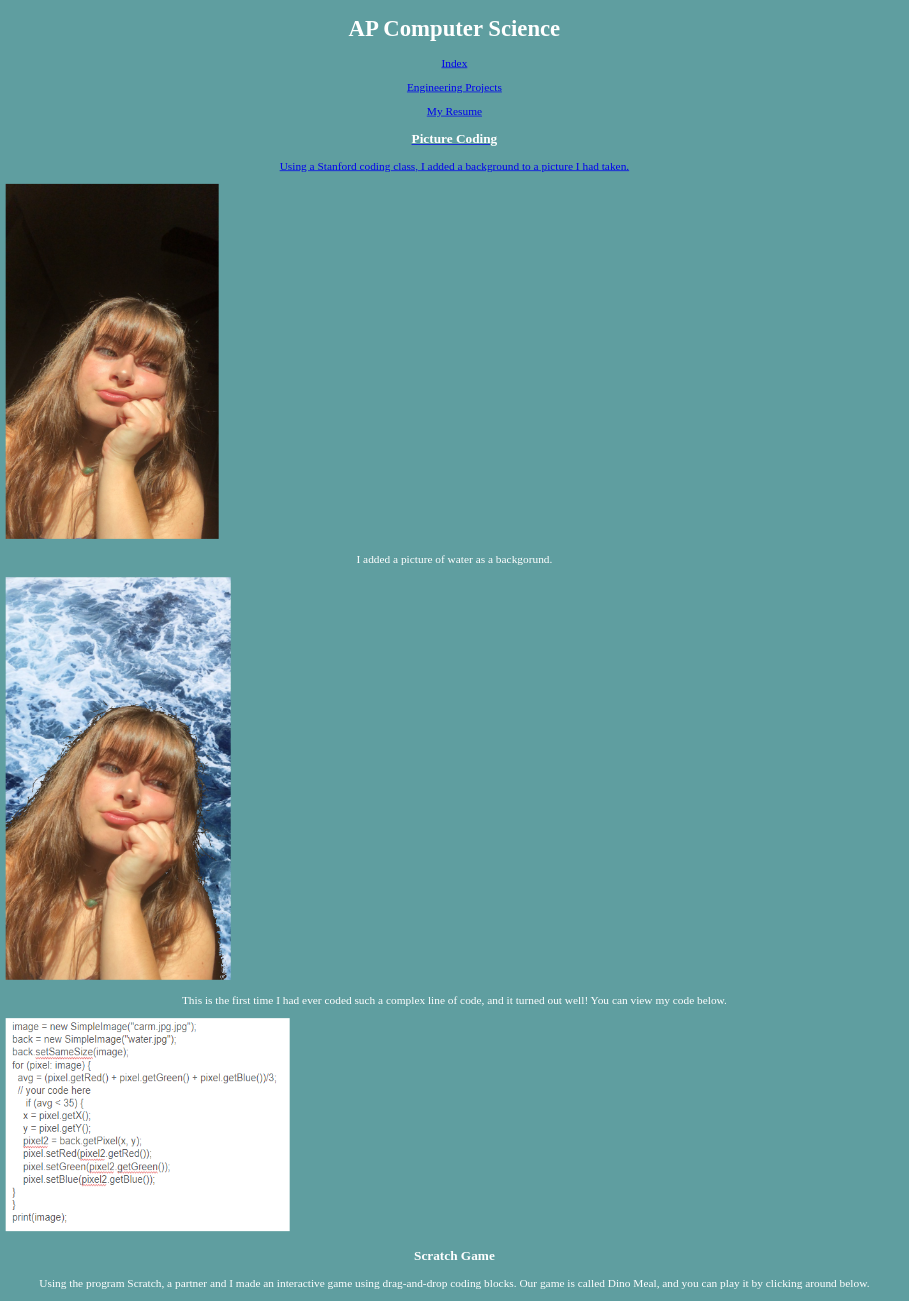
Repository: cdzendzel/cdzendzel.github.io
Page: apcs.html
The author's editor kept a record of every edit. The page is drawn from the files as they stood at one moment, then again after the next edit.
The browser window is 1280 px wide. The pictures show the part of the page from y = 0 to 1832 px (the page is 2910 px tall), at 71% of full size.
Pictures or frames that could not be fetched are drawn as grey boxes.

Above is the page before.

### apcs.html


<!DOCTYPE html>
<html>
     <body style="background-color:cadetblue;">
<head>
<title>Carmela's Webpage</title>
</head>
<body>


<h1 style="text-align:center; color:white;">AP Computer Science</h1>
<p style="text-align:center; color:white;"><a href="index.html" target = "_blank">Index</a></p>
<p style="text-align:center; color:white;"><a href="engineering.html" target = "_blank">Engineering Projects</p>
<p style="text-align:center; color:white;"><a href="resume.html" target = "_blank">My Resume</p>

</body>
<h3 style="text-align:center; color:white;">Picture Coding</h3>

</html>
</body>
</html>

<p style="text-align:center; color:white;">Using a Stanford coding class, I added a background to a picture I had taken.  </a></p>
<center></center><img src="images/carm.jpg.JPG" alt="Picture of me before coding" width="300" height="500">
</center>
<p style="text-align:center; color:white;">I added a picture of water as a backgorund.  <a></p>
<center></center><img src="images/carm.water.code.PNG" alt="Picture of me after coding with water as the background"">
</center>
<p style="text-align:center; color:white;">This is the first time I had ever coded such a complex line of code, and it turned out well! You can view my code below.</a></p>
<img src="images/pic.code.PNG" alt="Carmela's Picture Code" width="400" height="300">

<h3 style="text-align:center; color:white;">Scratch Game</h3>
<p style="text-align:center; color:white;">Using the program Scratch, a partner and I made an interactive game using drag-and-drop coding blocks. Our game is called Dino Meal, and you can play it by clicking around below.  </a></p>
<iframe src="https://docs.google.com/presentation/d/e/2PACX-1vQlzyCuhyRdYywk_B_c0P-xEZjcl4PeS42tZtRi-OlesZ-Pv65c4r4OaglgzEBHuYl5XDBwqpA1L_Ub/embed?start=false&loop=false&delayms=3000" frameborder="0" width="960" height="569" allowfullscreen="true" mozallowfullscreen="true" webkitallowfullscreen="true" width="500"  height="400"></iframe>

<h3 style="text-align:center; color:white;">Interactive Fiction Story</h3>
<p style="text-align:center; color:white;">With another pair, I created an interactive fiction story based off the story of the Wizard of Oz.  You can view our code and play our game below.  </a></p>
<iframe height="400px" width="100%" src="https://repl.it/@gabib44/Interactive-Story?lite=true" scrolling="no" frameborder="no" allowtransparency="true" allowfullscreen="true" sandbox="allow-forms allow-pointer-lock allow-popups allow-same-origin allow-scripts allow-modals" width="500" height="750"></iframe>
</body>

After the next edit:
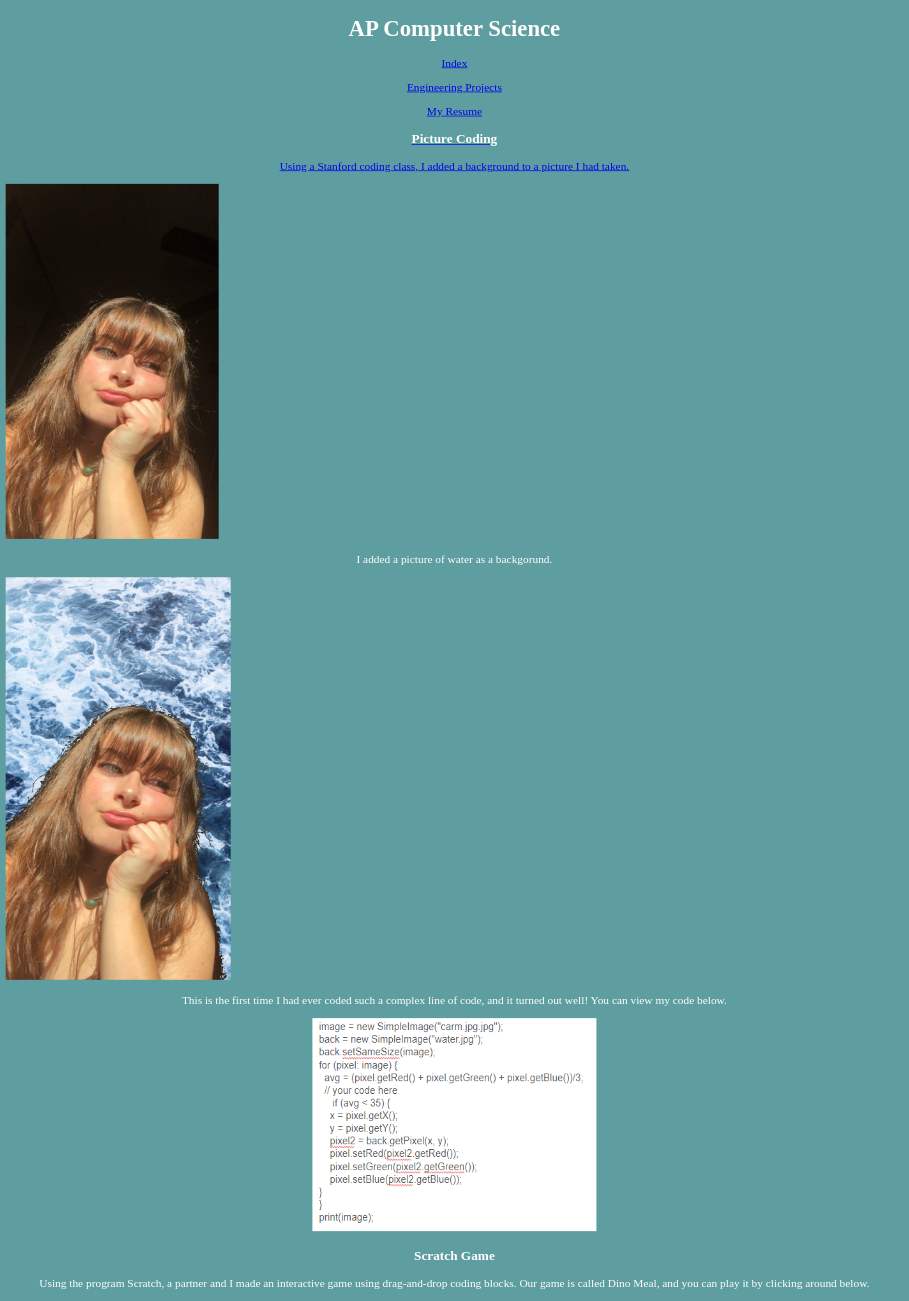
The edit:
--- a/apcs.html
+++ b/apcs.html
@@ -28,8 +28,8 @@
 <center></center><img src="images/carm.water.code.PNG" alt="Picture of me after coding with water as the background"">
 </center>
 <p style="text-align:center; color:white;">This is the first time I had ever coded such a complex line of code, and it turned out well! You can view my code below.</a></p>
-<img src="images/pic.code.PNG" alt="Carmela's Picture Code" width="400" height="300">
-
+<center><img src="images/pic.code.PNG" alt="Carmela's Picture Code" width="400" height="300">
+</center>
 <h3 style="text-align:center; color:white;">Scratch Game</h3>
 <p style="text-align:center; color:white;">Using the program Scratch, a partner and I made an interactive game using drag-and-drop coding blocks. Our game is called Dino Meal, and you can play it by clicking around below.  </a></p>
 <iframe src="https://docs.google.com/presentation/d/e/2PACX-1vQlzyCuhyRdYywk_B_c0P-xEZjcl4PeS42tZtRi-OlesZ-Pv65c4r4OaglgzEBHuYl5XDBwqpA1L_Ub/embed?start=false&loop=false&delayms=3000" frameborder="0" width="960" height="569" allowfullscreen="true" mozallowfullscreen="true" webkitallowfullscreen="true" width="500"  height="400"></iframe>
